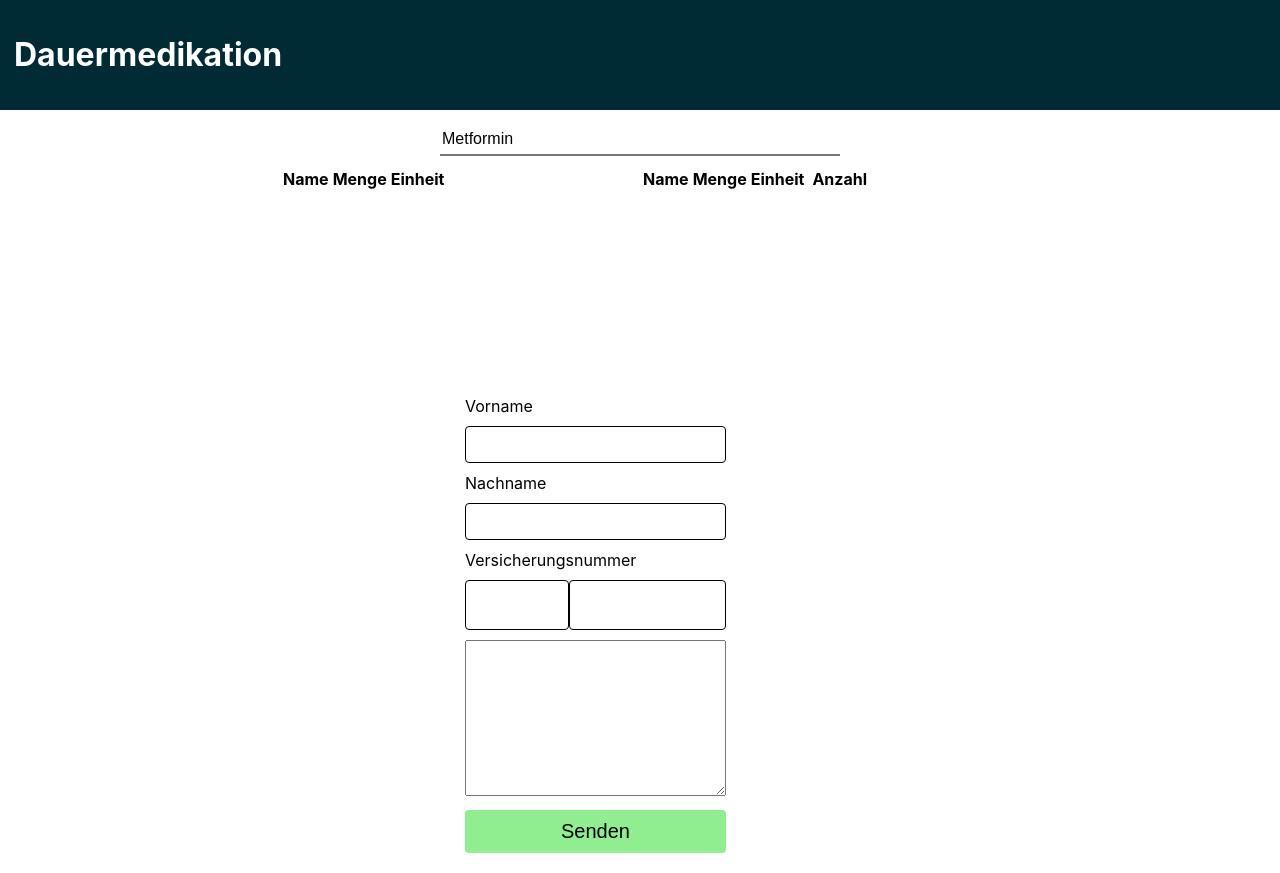
Repository: Esatollah/MedDemo
Page: / (app in client/)
An editor plug-in stored every save of this project. The page is shown before and after the next save, followed by the edit.
The browser window is 1280 px wide. The pictures show the whole page.
The page's requests for data from a server got no answer. The project was rebuilt for these pictures with package versions that can differ from the ones it lists, and the page was loaded fresh each time. No one was signed in, and anything a server would have sent is missing. Also part of the build but not shown: client/src/Routes/Bestellungen.jsx.

Above is the page before, as saved 2022-06-10 16:35:22.

### client/src/App.js
import SearchBar from './Routes/Search';
import {BrowserRouter, Routes, Route} from 'react-router-dom'
import Bestellungen from './Routes/Bestellungen';
import ReactModal from 'react-modal';

ReactModal.setAppElement('#root')

function App() {
  return (
    <BrowserRouter>
    <Routes>
      <Route path='/' element={<div><SearchBar/></div>}/>
      <Route path='/bestellungen' element={<div><Bestellungen/></div>}/>
    </Routes>
    </BrowserRouter>
  );
}

export default App;

### client/src/Routes/Search.jsx
import React, { useState, useEffect } from 'react'
import DrugAPI from '../api/DrugAPI';
import Form from '../components/Form';
import Navbar from '../components/Navbar';
import { SearchWrap } from '../Styles/SearchStyles';


const Search = () => {

  const [searchinput, setSearchinput] = useState("Metformin");
  const [drugs, setDrugs] = useState([]);
  const [cartitems, setCartitems] = useState([]);

  useEffect(() => {
    const fetchData = async () => {
      try {
        const result = await DrugAPI.get(`/?drugsearch=${searchinput}`)
        setDrugs(result.data.meds)
      } catch (err) {
        console.error(err);
      }
    }

    fetchData();

  }, [searchinput])

  const handleDrugClick = (e, x) => {
    const is_in_cart = cartitems.some(y => {
      if (y.id === x.id) {
        return true;
      }

      return false;
    })

    if (is_in_cart) {
      return
    }
    let temp = { ...x, anzahl: "1" }
    setCartitems([...cartitems, temp]);
  }

  const handleDelete = (e, x, index) => {
    let temp = [...cartitems]

    temp.splice(index, 1);

    setCartitems(temp);
  }

  const handleCountchange = (e, x, index) => {
    let temps = [...cartitems]
    let temp = {
      ...temps[index],
      anzahl: e.target.value
    }
    temps[index] = temp
    setCartitems(temps);

  }


  return (
    <>
      <Navbar />
        <SearchWrap>

          <input type="search" placeholder="Suche" id="search" value={searchinput} onChange={e => setSearchinput(e.target.value)} />
          <div className='search-container'>
            <div className='table-container'>
              <table className='drugtable'>
                <thead>
                  <tr>
                    <th scope='col'>
                      Name
                    </th>
                    <th scope='col'>Menge</th>
                    <th scope='col'>Einheit</th>
                    <th scope='col'></th>
                  </tr>
                </thead>
                <tbody>
                  {drugs && drugs.map((x) => {
                    return (
                      <tr key={x.id} className="drug-row" >
                        <td className={x.name}>{x.name}</td>
                        <td>{x.menge}</td>
                        <td>{x.mengenart}</td>
                        <td><button onClick={(e) => { handleDrugClick(e, x) }}>+</ button></td>
                      </tr>
                    )
                  })}
                </tbody>

              </table>
            </div>

            <div className='cart-container'>
              <table>
                <thead>
                  <tr>
                    <th scope='col'>
                      Name
                    </th>
                    <th scope='col'>Menge</th>
                    <th scope='col'>Einheit</th>
                    <th scope='col'></th>
                    <th scope='col'>Anzahl</th>
                  </tr>
                </thead>
                <tbody>
                  {cartitems && cartitems.map((x, index) => {
                    if (x.abgabezahl) {
                      return (
                        <tr key={index} className="drug-row" >
                          <td>{x.name}</td>
                          <td>{x.menge}</td>
                          <td>{x.mengenart}</td>
                          <td><button onClick={(e) => handleDelete(e, x, index)}>-</button></td>
                          <td><select onChange={(e) => { handleCountchange(e, x, index) }}><option value="1">1</option><option value="2">2</option></select></td>
                        </tr>
                      )
                    }
                    return (
                      <tr key={index} className="drug-row" >
                        <td>{x.name}</td>
                        <td>{x.menge}</td>
                        <td>{x.mengenart}</td>
                        <td><button onClick={(e) => handleDelete(e, x, index)}>-</button></td>
                        <td>1</td>
                      </tr>
                    )
                  })}
                </tbody>
              </ table>
            </div>
          </div>
        </SearchWrap>

      <Form cartitems={cartitems} setCartitems={setCartitems} />
    </>
  )
}

export default Search

### client/src/api/DrugAPI.js
import axios from 'axios'

export default axios.create({
    baseURL: "http://localhost:5000/api"
})

### client/src/components/Form.jsx
import React, {useState}from 'react'
import DrugAPI from '../api/DrugAPI'
import { FormWrap } from '../Styles/FormStyles';
const Form = props => {

    const [fname, setFname] = useState('');
    const [lname, setLname] = useState('');
    const [vpin, setVpin] = useState('');
    const [vbday, setVbday] = useState('');
    const [anmerkungen, setAnmerkungen] = useState('');

    const handleSubmit = (e) => {

        e.preventDefault();
        const formdata = {
            fname,
            lname,
            vpin,
            vbday,
            anmerkungen
        }

        const fetchData = async () =>{
            try {
            await DrugAPI.post("/", {drugs:{...props.cartitems}, ...formdata})
            } catch (error) {
                console.error(error);
            }
    }

    fetchData();

    setFname('');setLname('');setVpin('');setVbday('');setAnmerkungen('');
    props.setCartitems([]);

}


  return (
    <FormWrap>
        <form onSubmit={(e) =>handleSubmit(e)}>
            <label htmlFor="fname">Vorname</label><br />
            <input className="Names"type="text" value={fname} id="fname" name="fname" onChange={(e)=> setFname(e.target.value)}required/><br/>
            <label htmlFor="lname">Nachname</label><br />
            <input className="Names"type="text" id="lname" value={lname} onChange={(e) => setLname(e.target.value)}name="lname" required /><br/>
            <label htmlFor="pin">Versicherungsnummer  </label> <br/>
            <input className="insurance" type="text" id="pin" value={vpin} onChange={(e) => setVpin(e.target.value)} name="pin" size="4" minLength="4"maxLength="4" required/>
            <input className="insurance" type="text" id="bday" value={vbday} onChange={(e) => setVbday(e.target.value)} name="bday" size="6" minLength={6} maxLength={6} required/> <br/>
            <textarea value={anmerkungen} onChange={(e) => setAnmerkungen(e.target.value)} name="message" rows="10" cols="30" className='textarea'>
            </textarea> <br/>
            <input type="submit" value="Senden" ></input><br />
        </form>
    </FormWrap>

  )
}

export default Form

### client/src/components/Navbar.jsx
import React from 'react'
import { NavWrap } from '../Styles/NavbarStyles'
const Navbar = () => {
  return (
    <NavWrap>
        <h1>Dauermedikation</h1>
    </NavWrap>
  )
}

export default Navbar

### client/src/Styles/SearchStyles.js
import styled from 'styled-components';

export const SearchWrap = styled.div`

    display: flex;
    flex-direction: column;
    align-items: center;
             margin: auto;

    @media(min-width: 1000px) {
             width: 1000px;

         }

    #search {
    width:50%;
    height: 2rem;
    outline:none;
    border-top: hidden;
    border-right: hidden;
    border-left: hidden;
    font-size: 1rem;@media(min-width: 1000px) {
             width: 40%;
         }
    margin-bottom: 10px;
}

.table-container {
    max-height: 200px;
    max-width: 80%;
    overflow-y: auto;
}


.drug-row:hover {
    background-color: beige;
}

.drugtable tbody tr {
border: 1px;
}

.search-container {
    width: 90%;

    @media(min-width: 1000px) {
        display:flex;
        flex-direction: row;
        justify-content: center;
    }

    .table-container {
        width :100%;
        height: 250px;
        display:flex;
         @media(min-width: 1000px) {
             width: 40%;
             display:flex;
             height: 400px;
         }
    }

    .cart-container {
        width: 100%;
        display:flex;
        @media(min-width: 1000px) {
             width: 40%;
             display:flex;
         }
    }
}

td {
    padding:5px;
}

`;

### client/src/Styles/FormStyles.js
import styled from 'styled-components';

export const FormWrap = styled.div`
    display:flex;
    margin:auto;
    max-width:350px;
    margin-top: 20px;
    padding:10px;

    .Names {
        display:inline-block;
        width: 100%;
        padding: 10px;
        box-sizing: border-box;
        border-radius: 4px;
        border: .5px solid;
        margin: 10px 0;
    }
    input[type=submit] {
        width: 100%;
        padding: 10px;
        margin:10px 0;
        border-radius: 4px;
        border: none;
        background: lightgreen;
        font-size:20px
    }
    .insurance {
        padding: 10px;
        box-sizing: border-box;
        border-radius: 4px;
        border: .5px solid;
        margin: 10px 0;
        font-size:1.5rem;
    }
    #pin {
        width:40%;
    }
    #bday {
        width:60%;
    }
`;

### client/src/Styles/NavbarStyles.js
import styled from "styled-components"

export const NavWrap = styled.div`
    width:100%;
    padding: 14px 0;
    background-color: #002b34;
    margin-bottom: 14px;
    h1 {
        margin-left: 14px;
        color: #fff
    }
`;

Loaded but not shown: client/public/index.html (common file); client/src/index.js (common file); client/src/index.css (common file)

After the next save:
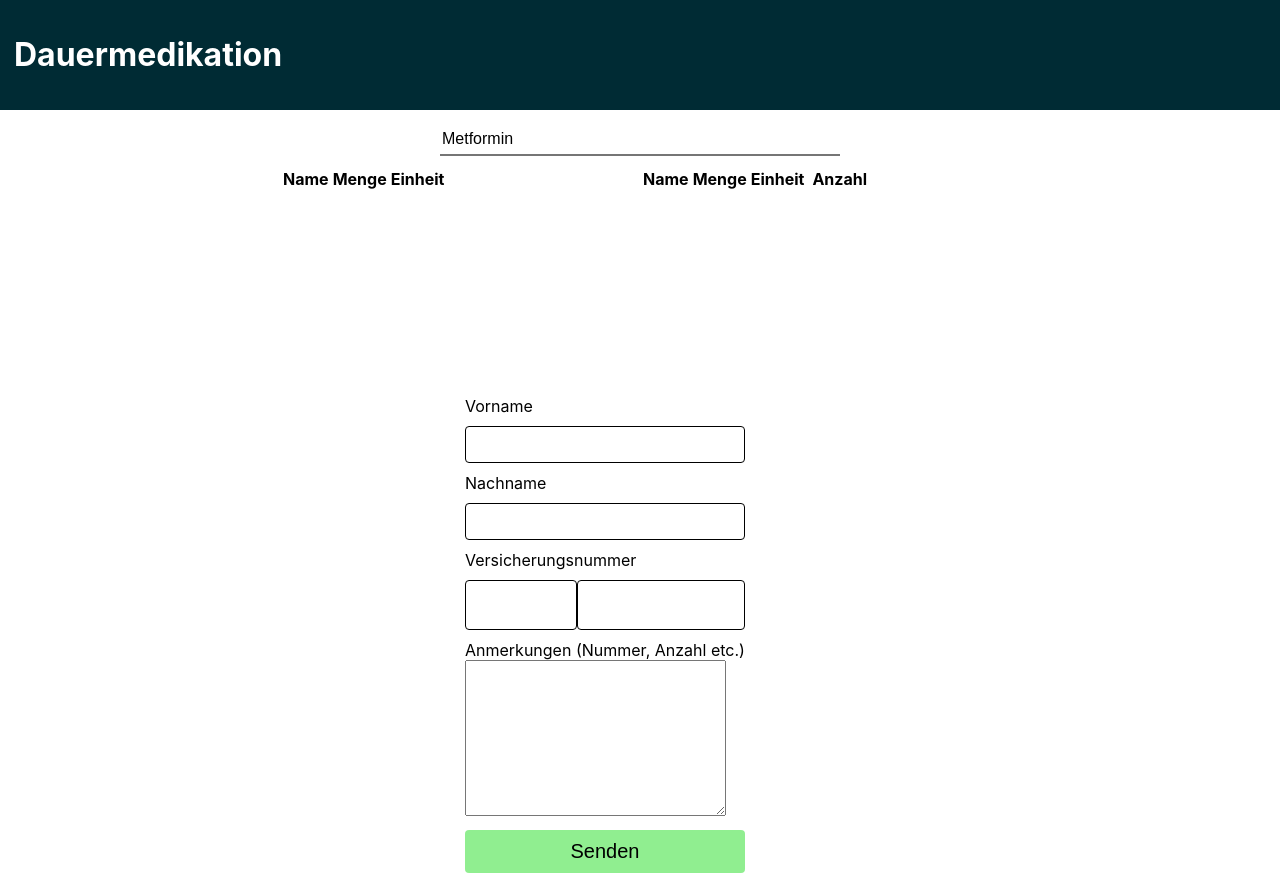
Saved 54 s later.
--- a/client/src/components/Form.jsx
+++ b/client/src/components/Form.jsx
@@ -46,7 +46,8 @@ const Form = props => {
             <label htmlFor="pin">Versicherungsnummer  </label> <br/>
             <input className="insurance" type="text" id="pin" value={vpin} onChange={(e) => setVpin(e.target.value)} name="pin" size="4" minLength="4"maxLength="4" required/>
             <input className="insurance" type="text" id="bday" value={vbday} onChange={(e) => setVbday(e.target.value)} name="bday" size="6" minLength={6} maxLength={6} required/> <br/>
-            <textarea value={anmerkungen} onChange={(e) => setAnmerkungen(e.target.value)} name="message" rows="10" cols="30" className='textarea'>
+            <label htmlFor="anmerkungen">Anmerkungen (Nummer, Anzahl etc.)  </label> <br/>
+            <textarea id="anmerkungen"value={anmerkungen} onChange={(e) => setAnmerkungen(e.target.value)} name="message" rows="10" cols="30" className='textarea'>
             </textarea> <br/>
             <input type="submit" value="Senden" ></input><br />
         </form>
